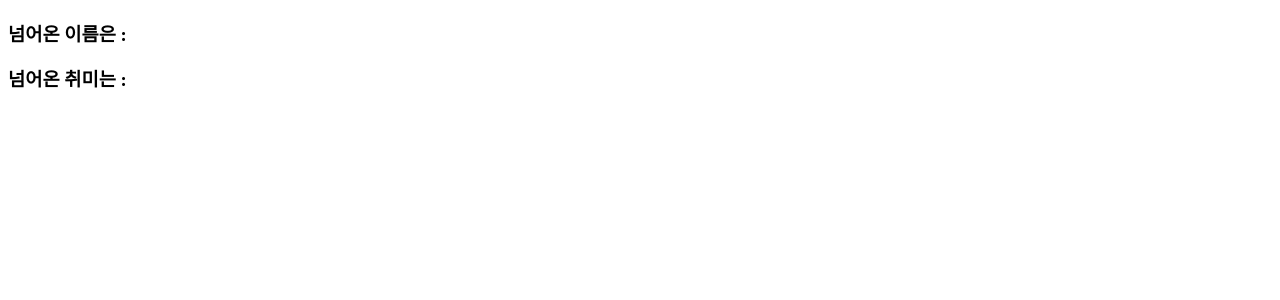
Repository: rumor1993/KH1
Page: http://localhost/JspProject/ch12/Expression_Language/ELtest.jsp
The author's editor kept a copy of each file at every save. The page is drawn from the files as they stood at one save, then again after the next save.
The browser window is 1280 px wide. The pictures show the whole page.
The page is served by Tomcat 9.

Above is the page before, as saved 2018-05-03 06:36:15.

After the next save:
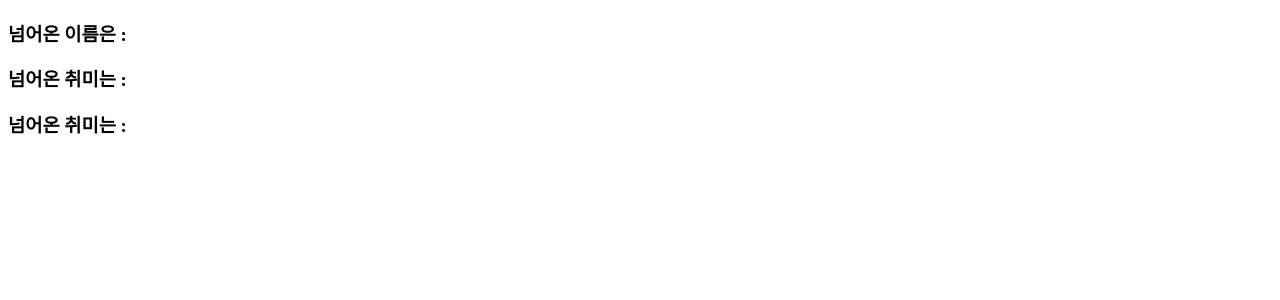
Saved 2 min 56 s later.
--- a/JspProject/WebContent/ch12/Expression_Language/ELtest.jsp
+++ b/JspProject/WebContent/ch12/Expression_Language/ELtest.jsp
@@ -18,6 +18,11 @@
 	<c:forEach var="hobbys" items="${paramValues.hobby }">
 	${hobbys }
 	</c:forEach>
+
+		<h3>넘어온 취미는 :
+	<c:forEach var="hobbys" items="${paramValues.hobby }">
+	${hobbys }
+	</c:forEach>
 	</h3>
 </body>
 </html>
